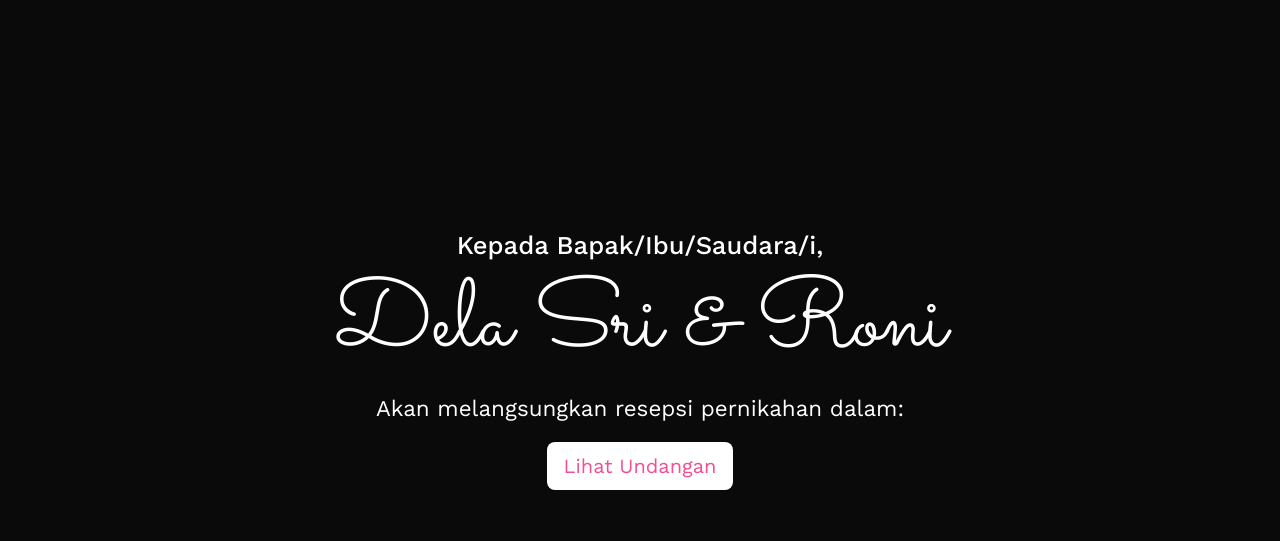
Repository: sellayspy/invitation
Page: index.html
These files come from the project's save history. The page is drawn as it stood at one moment and after the next save; the edit follows.
The browser window is 1280 px wide. The pictures show the whole page.

Above is the page before, as saved 2024-07-08 14:39:34.

### index.html
<!DOCTYPE html>
<html lang="en">
  <head>
    <meta charset="utf-8" />
    <meta name="viewport" content="width=device-width, initial-scale=1" />
    <title>Dela & Roni</title>
    <link
      href="https://cdn.jsdelivr.net/npm/bootstrap@5.3.3/dist/css/bootstrap.min.css"
      rel="stylesheet"
      integrity="sha384-QWTKZyjpPEjISv5WaRU9OFeRpok6YctnYmDr5pNlyT2bRjXh0JMhjY6hW+ALEwIH"
      crossorigin="anonymous"
    />
    <link rel="preconnect" href="https://fonts.googleapis.com" />
    <link rel="preconnect" href="https://fonts.gstatic.com" crossorigin />
    <link
      href="https://fonts.googleapis.com/css2?family=Sacramento&family=Work+Sans:ital,wght@0,100..900;1,100..900&display=swap"
      rel="stylesheet"
    />
    <link rel="stylesheet" href="style.css" />
  </head>
  <body>
    <section
      id="hero"
      class="hero w-100 h-100 p-3 mx-auto text-center d-flex justify-content-center align-items-center text-white"
    >
      <main>
        <h4>Kepada Bapak/Ibu/Saudara/i,</h4>
        <h1>Dela Sri & Roni</h1>
        <p>Akan melangsungkan resepsi pernikahan dalam:</p>
        <a href="#undangan" class="btn btn-lg">Lihat Undangan</a>
      </main>
    </section>
    <script
      src="https://cdn.jsdelivr.net/npm/bootstrap@5.3.3/dist/js/bootstrap.bundle.min.js"
      integrity="sha384-YvpcrYf0tY3lHB60NNkmXc5s9fDVZLESaAA55NDzOxhy9GkcIdslK1eN7N6jIeHz"
      crossorigin="anonymous"
    ></script>
  </body>
</html>

### style.css
:root {
  --pink: #f14e95;

  --bg: #0a0a0a;

  --shadow: 0 2px 2px rgb(0, 0, 0/ 0.5);
}

body {
  font-size: 1.2rem;
  font-family: "Work Sans", sans-serif;
}

.hero {
  min-height: 100vh;

  background-color: var(--bg);
}

.hero h1 {
  font-family: "Sacramento", cursive;
  font-size: 6rem;
}

.hero h4 {
  font-size: 1.6rem;
}

.hero p {
  font-size: 1.4rem;
}

.hero a {
  color: var(--pink);

  background-color: white;
}

.hero a:hover {
  background-color: var(--pink);
  color: white;
}

After the next save:
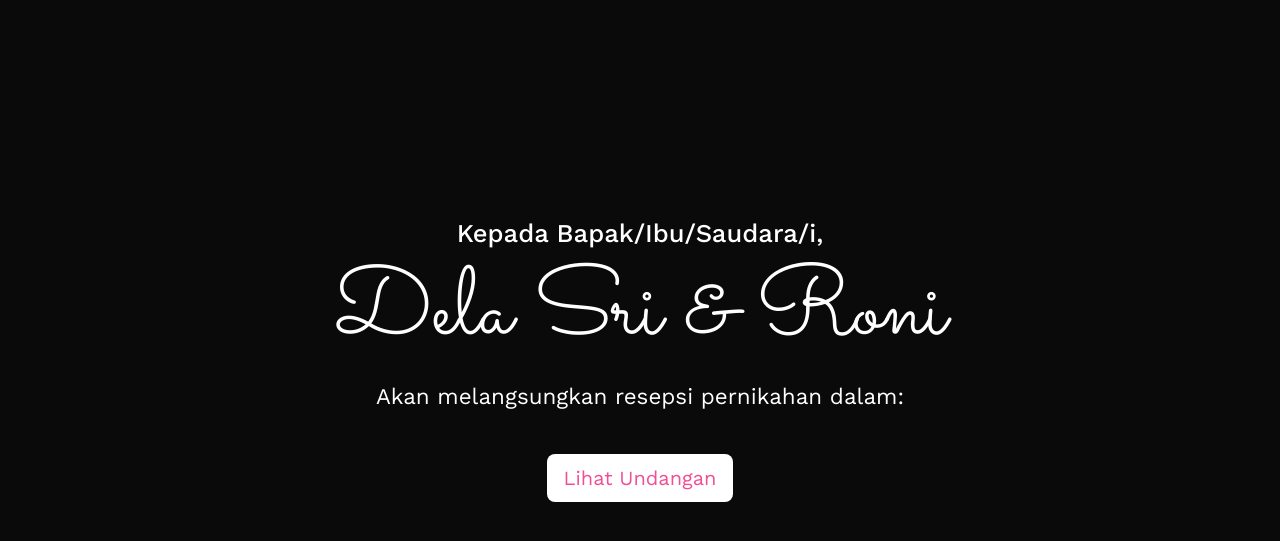
Saved 16 s later.
--- a/index.html
+++ b/index.html
@@ -27,7 +27,7 @@
         <h4>Kepada Bapak/Ibu/Saudara/i,</h4>
         <h1>Dela Sri & Roni</h1>
         <p>Akan melangsungkan resepsi pernikahan dalam:</p>
-        <a href="#undangan" class="btn btn-lg">Lihat Undangan</a>
+        <a href="#undangan" class="btn btn-lg mt-4">Lihat Undangan</a>
       </main>
     </section>
     <script
